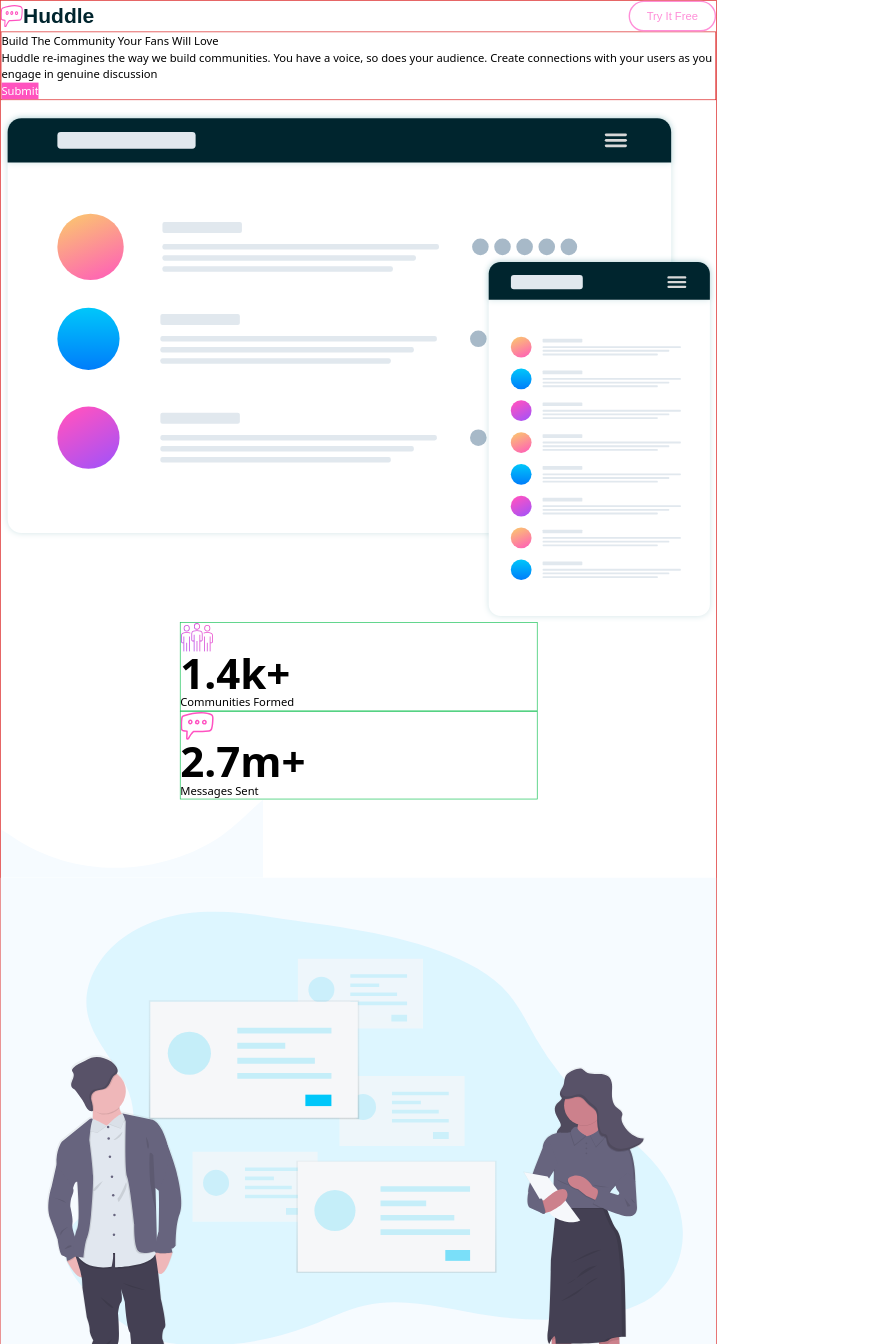
Repository: nivrii/huddle-landing-page-with-curved-sections-master
Page: /
These files come from the project's save history. The page is drawn as it stood at one moment and after the next save; the edit follows.
The browser window is 1280 px wide. The pictures show the part of the page from y = 0 to 1920 px (the page is 4646 px tall), at 70% of full size.
The project was rebuilt for these pictures with package versions that can differ from the ones it lists, and the page was loaded fresh each time. Also part of the build but not shown: vite.config.js.

Above is the page before, as saved 2024-04-03 19:18:11.

### src/App.jsx
import "./App.css";
import message from "./assets/images/icon-messages.svg";
import communities from "./assets/images/icon-communities.svg";

import screenMockup from "./assets/images/screen-mockups.svg";
import grow from "./assets/images/illustration-grow-together.svg";
import users from "./assets/images/illustration-your-users.svg";
import conversation from "./assets/images/illustration-flowing-conversation.svg";

import sectionTop1M from "./assets/images/bg-section-top-mobile-1.svg";
import sectionTop2M from "./assets/images/bg-section-top-mobile-2.svg";
import sectionBottom1M from "./assets/images/bg-section-bottom-mobile-1.svg";
import sectionBottom2M from "./assets/images/bg-section-bottom-mobile-2.svg";
import footerTopM from "./assets/images/bg-footer-top-mobile.svg";

function App() {
  return (
    <div className="container box-border m-0 bg-white w-screen min-h-screen border border-red-600">
      <section>
        <div className="flex flex-row w-full">
          <div className="flex flex-row align-middle  w-3/5">
            <img src={message} className="my-auto w-8 h-8" />
            <h1 className="text-3xl font-Poppins text-Very-dark-cyan font-bold my-auto">
              Huddle
            </h1>
          </div>
          <div className="flex align-middle justify-end w-2/5">
            <input
              className="border-2 border-Light-pink text-Light-pink font-Poppins rounded-3xl px-6 py-2"
              type="button"
              value="Try It Free"
            />
          </div>
        </div>
      </section>

      <section>
        <div className="w-full overflow-hidden border border-red-600">
          <h1>Build The Community Your Fans Will Love</h1>
          <p className="text-wrap">
            Huddle re-imagines the way we build communities. You have a voice,
            so does your audience. Create connections with your users as you
            engage in genuine discussion
          </p>
          <input
            type="submit"
            name="start"
            className="outline-none text-white bg-Pink"
          />
        </div>
      </section>

      <section className="mt-4 m">
        <div className="mx-auto">
          <img src={screenMockup} className="object-contain" />
        </div>
      </section>

      <section className="flex flex-col justify-center">
        <div className="mx-auto w-1/2 border border-green-500 ">
          <img src={communities} alt="communities" />
          <h1 className="w-full font-bold text-6xl">1.4k+</h1>
          <p>Communities Formed</p>
        </div>
        <div className="mx-auto w-1/2 border border-green-500">
          <img src={message} alt="message" />
          <h1 className="w-full font-bold text-6xl">2.7m+</h1>
          <p>Messages Sent</p>
        </div>
      </section>

      <img src={sectionTop1M} alt="top-top" />

      <section className="flex flex-col space-y-8 bg-sectionBG px-8 py-12">
        <img src={grow} alt="" className="mb-12" />
        <div className="flex flex-col space-y-4 text-center">
          <h1>Grow Together</h1>
          <p>
            Generate meaningful discussions with your audience and build a
            strong, loyal community. Think of the insightful conversations you
            miss out on with a feedback form.
          </p>
        </div>
      </section>

      <img src={sectionBottom1M} alt="top-bottom" />

      <section className="flex flex-col space-y-8 my-20 px-8">
        <img src={conversation} alt="conversations" className="px-4" />
        <div className="flex flex-col space-y-4 text-center">
          <h1>Flowing Conversations</h1>
          <p>
            You wouldn&apos;t paginate a conversation in real life, so why do it
            online? Our threads have just-in-time loading for a more natural
            flow.
          </p>
        </div>
      </section>

      <img src={sectionTop2M} alt="bottom-top" />

      <section className="bg-sectionBG">
        <div className="flex flex-col space-y-8  px-8">
          <img src={users} alt="conversations" className="px-4" />
          <div className="flex flex-col space-y-4 text-center">
            <h1>Your Users</h1>
            <p>
              Its takes no time at all to integrate Huddle with your app&apos;s
              authentication solution. This means, once signed in to your app,
              your users can start chatting immediately.
            </p>
          </div>
        </div>
      </section>

      <img src={sectionBottom2M} alt="bottom-bottom" />

      <section className="flex flex-col space-y-8 mt-12 px-8 mb-28">
        <h1 className="text-center">Ready To Build Your Community?</h1>
        <input
          type="button"
          value="Get Started For Free"
          className="outline-none bg-Pink text-white w-fit py-2 px-8"
        />
      </section>

      <img src={footerTopM} alt="" />

      <footer className="bg-bgFooter -mt-1">
        <div>
          <h1></h1>
          <p></p>
        </div>
        <div>
          <input type="text" />
          <input type="button" />
        </div>
      </footer>
    </div>
  );
}

export default App;

### src/App.css
@import "tailwindcss/base";
@import "tailwindcss/components";
@import "tailwindcss/utilities";
@import url('https://fonts.google.com/specimen/Poppins');
@import url('https://fonts.google.com/specimen/Open+Sans');

### tailwind.config.js
/** @type {import('tailwindcss').Config} */

/*! tailwindcss v2.2.7 | MIT License | https://tailwindcss.com */
export default {
  content: [
    "./index.html",
    "./src/**/*.{js,ts,jsx,tsx}",
  ],
  theme: {
    extend: {
      screens: {
        'xs': '375px',
        'sm': '640px',
        'md': '768px',
        'lg': '1024px',
        'xl': '1440px',

      },
      colors: {
        'Pink': 'hsl(322, 100%, 66%)',
        'Light-pink': 'hsl(321, 100%, 78%)',
        'Light-red': 'hsl(0, 100%, 63%)',
        'Very-dark-cyan': 'hsl(192, 100%, 9%)',
        'Very-dark-blue': 'hsl(207, 100%, 98%)',
        'sectionBG': '#F6FBFF',
        'bgFooter': '#00252E',
      },
      fontFamily: {
        'Poppins': ['Poppins', 'sans-serif'],
        'Open-sans': ['Open Sans', 'serif'],
      },
    },
  },
  plugins: [],
}

Loaded but not shown: index.html (common file); src/main.jsx (common file)

After the next save:
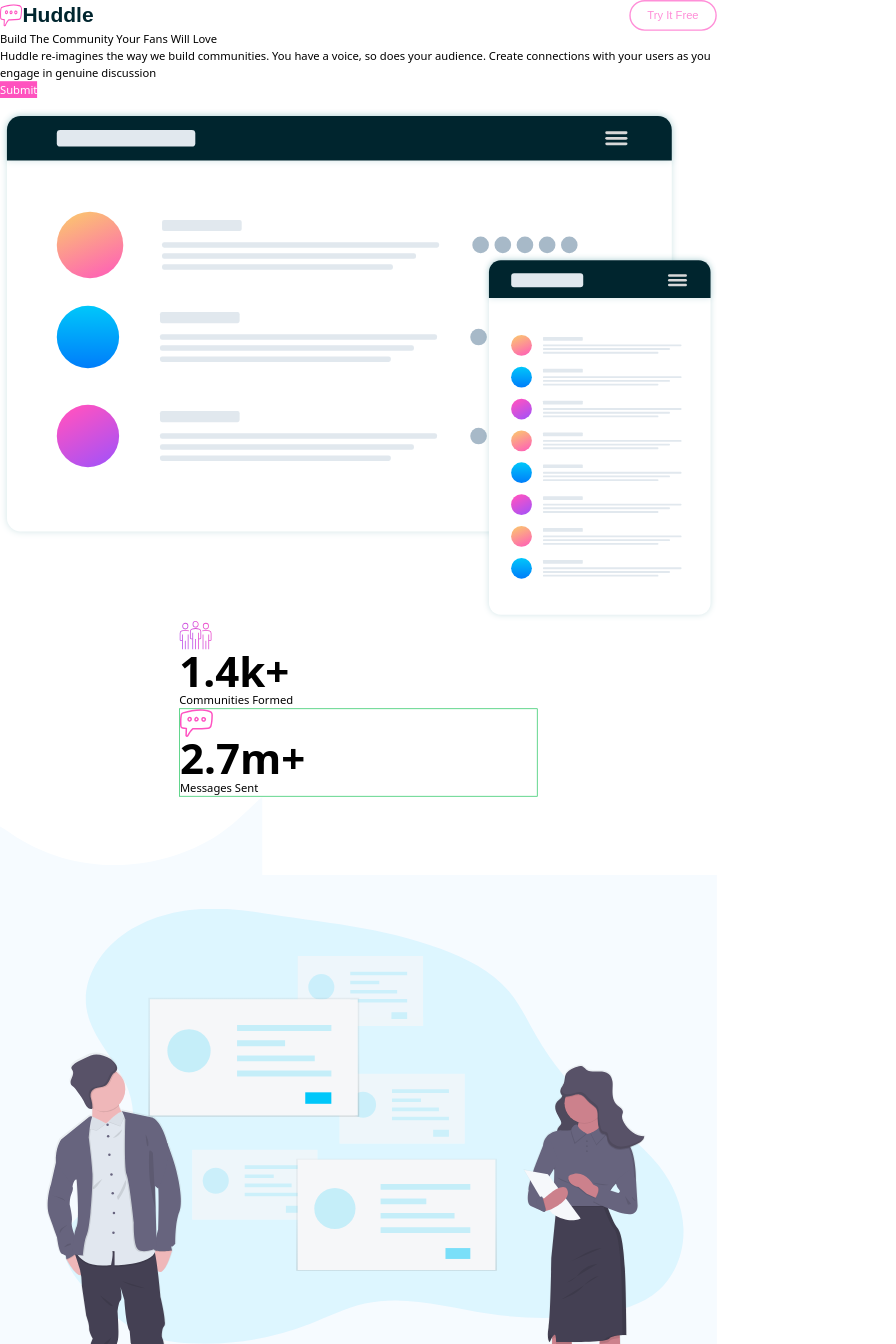
Saved 4 min 21 s later.
--- a/src/App.jsx
+++ b/src/App.jsx
@@ -15,7 +15,7 @@
 
 function App() {
   return (
-    <div className="container box-border m-0 bg-white w-screen min-h-screen border border-red-600">
+    <div className="container box-border m-0 bg-white w-screen min-h-screen">
       <section>
         <div className="flex flex-row w-full">
           <div className="flex flex-row align-middle  w-3/5">
@@ -35,7 +35,7 @@
       </section>
 
       <section>
-        <div className="w-full overflow-hidden border border-red-600">
+        <div className="w-full overflow-hidden ">
           <h1>Build The Community Your Fans Will Love</h1>
           <p className="text-wrap">
             Huddle re-imagines the way we build communities. You have a voice,
@@ -57,7 +57,7 @@
       </section>
 
       <section className="flex flex-col justify-center">
-        <div className="mx-auto w-1/2 border border-green-500 ">
+        <div className="mx-auto w-1/2 ">
           <img src={communities} alt="communities" />
           <h1 className="w-full font-bold text-6xl">1.4k+</h1>
           <p>Communities Formed</p>
